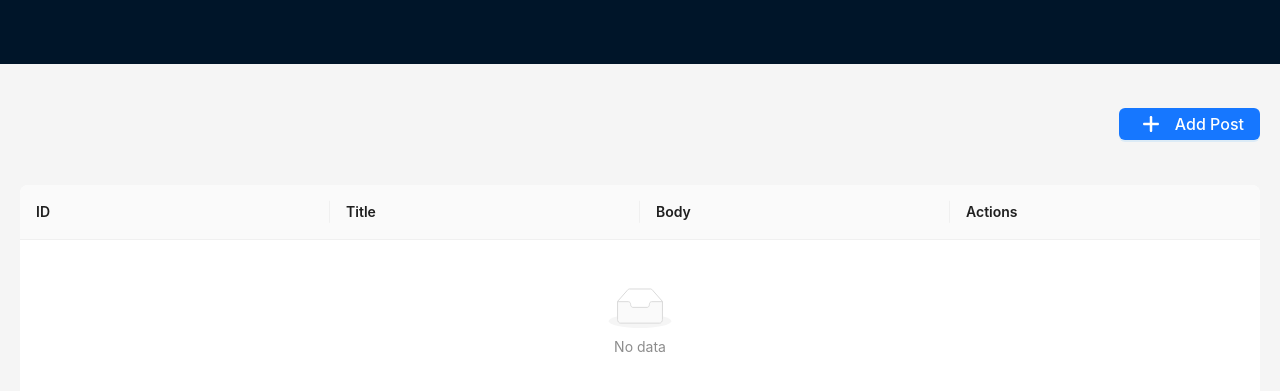
Repository: yasserrrz/Denamo-posts
Page: /
An editor plug-in stored every save of this project. The page is shown before and after the next save, followed by the edit.
The browser window is 1280 px wide. The pictures show the whole page.
The page's requests for data from a server got no answer. The project was rebuilt for these pictures with package versions that can differ from the ones it lists, and the page was loaded fresh each time. No one was signed in, and anything a server would have sent is missing. Also part of the build but not shown: src/components/PostForm.tsx.

Above is the page before, as saved 2024-11-28 16:04:04.

### src/App.tsx
import React, { useState } from 'react';
import { Button, Layout, Modal, Typography } from 'antd';
import DataTable from './components/DataTable';
// import AddPostForm from './components/AddPostForm';
import './App.css';
import PostForm from './components/PostForm';
import {ReactComponent as AddIcon} from "./assets/add-277.svg";
const { Header, Content } = Layout;
const { Title } = Typography;


const App: React.FC = () => {
  const [isModalOpen, setIsModalOpen] = useState(false);
  return (<>
    <Layout style={{ minHeight: '100vh' }}>
      <Header  style={{ color: 'white', textAlign: 'center'   }}>

      </Header>

      <Content style={{ padding: '20px' }}>
         <div style={{marginTop: '20px ' , marginBottom: '20px' , display: 'flex', justifyContent: 'space-between' , alignItems: 'center' }}>
         <Title level={2} style={{ textAlign: 'center' , marginBottom:"0px" , marginTop:"0px" , fontSize: '32px' , fontWeight: '600' , textTransform: 'uppercase' , color: '#00000e00' }}>
          Posts
        </Title>
         <Button onClick={()=>{setIsModalOpen(true)}} style={{fontSize: '16px' , fontWeight: '500' , padding: '15px'}} type="primary"><AddIcon/> Add Post</Button>
         </div>
        <div style={{ marginTop: '40px' }}>
          <DataTable />
        </div>
      </Content>
    </Layout>
    <Modal open={isModalOpen} title="Add New Post" centered width={800} onCancel={() => setIsModalOpen(false)} footer={null}>
      <PostForm  setIsModalOpen={setIsModalOpen} />
    </Modal>
  </>
  );
};

export default App;

### src/components/DataTable.tsx
import React, { useEffect, useState } from 'react';
import { Table, Button, Modal, Form, Input, notification } from 'antd';
import axios from 'axios';
import { Post } from '../types/Post';
import {ReactComponent as EditIcon} from "../assets/edit.svg"
import {ReactComponent as DeleteIcon} from "../assets/delete-icon-1.svg"
const DataTable: React.FC = () => {
  const [posts, setPosts] = useState<Post[]>([]);
  const [loading, setLoading] = useState<boolean>(true);
  const [editingPost, setEditingPost] = useState<Post | null>(null);
  const [isModalOpen, setIsModalOpen] = useState<boolean>(false);
  const [deleteModalOpen, setDeleteModalOpen] = useState<boolean>(false);

  useEffect(() => {
    const fetchData = async () => {
      setLoading(true);
      try {
        const response = await axios.get<Post[]>('https://jsonplaceholder.typicode.com/posts');
        setPosts(response.data);
      } catch (error) {
        console.log(error);
      } finally {
        setLoading(false);
      }
    };

    fetchData();
  }, []);

  const handleEdit = (post: Post) => {
    setEditingPost(post);
    setIsModalOpen(true);
  };

  const handleUpdatePost = async (values: Omit<Post, 'id'>) => {
    if (!editingPost) return;

    try {
      const response = await axios.put<Post>(
        `https://jsonplaceholder.typicode.com/posts/${editingPost.id}`,
        values
      );
      setPosts((prev) =>
        prev.map((post) => (post.id === editingPost.id ? { ...post, ...response.data } : post))
      );
      notification.success({
        message: 'Post Updated',
        description: `Post with ID ${editingPost.id} was updated successfully.`,
      });
    } catch (error) {
      notification.error({
        message: 'Error',
        description: 'Failed to update the post.',
      });
    } finally {
      setIsModalOpen(false);
      setEditingPost(null);
    }
  };

  const handleDelete = async (id: number) => {
    try {
      await axios.delete(`https://jsonplaceholder.typicode.com/posts/${id}`);
      setPosts((prev) => prev.filter((post) => post.id !== id));
      notification.success({
        message: 'Post Deleted',
        description: `Post with ID ${id} was deleted successfully.`,
      });
    } catch (error) {
      notification.error({
        message: 'Error',
        description: 'Failed to delete the post.',
      });
    }
    setDeleteModalOpen(false);
  };

  const columns = [
    {
      title: 'ID',
      dataIndex: 'id',
      key: 'id',
    },
    {
      title: 'Title',
      dataIndex: 'title',
      key: 'title',
    },
    {
      title: 'Body',
      dataIndex: 'body',
      key: 'body',
    },
    {
      title: 'Actions',
      key: 'actions',
      render: (text: any, record: Post) => (
        <div style={{ width: '100%', display: 'flex', gap: '10px', justifyContent: 'space-around' }}>
          <Button type="primary"  onClick={() => handleEdit(record)}>
            <EditIcon/>
          </Button>
          <Button type={"primary"} danger onClick={() => {
            setEditingPost(record);
            setDeleteModalOpen(true);
          }}>
            <DeleteIcon/>
          </Button>
        </div>
      ),
    },
  ];

  return (
    <>
      <Table
        dataSource={posts}
        columns={columns}
        rowKey="id"
        loading={loading}
        scroll={{ y: "calc(100vh - 250px)",  x: 700}}
        pagination={{ pageSize: 10 }}
      />

      {/* Edit Modal */}
      <Modal
        title="Edit Post"
        open={isModalOpen}
        onCancel={() => setIsModalOpen(false)}
        footer={null}
        style={{maxWidth: 800}}
        centered
      >
        <Form
          initialValues={{ title: editingPost?.title, body: editingPost?.body }}
          onFinish={handleUpdatePost}
          layout="vertical"
        >
          <Form.Item
            name="title"
            label="Title"
            rules={[{ required: true, message: 'Please input the title!' }]}

          >
            <Input placeholder="Enter post title" />
          </Form.Item>
          <Form.Item
            name="body"
            label="Body"
            rules={[{ required: true, message: 'Please input the body!' }]}
          >
            <Input.TextArea rows={4} placeholder="Enter post body" />
          </Form.Item>
          <Form.Item style={{ textAlign: 'center' , display: 'flex', justifyContent: 'flex-end' }}>
            <Button type="default"  htmlType="submit">
              Update Post
            </Button>
          </Form.Item>
        </Form>
      </Modal>

      {/* Delete Modal */}
      <Modal
        title="Delete Post"
        open={deleteModalOpen}
        onCancel={() => setDeleteModalOpen(false)}
        footer={null}
        style={{ maxWidth: 500 }}
        centered
      >
        <p>Are you sure you want to delete this post?</p>
        <div style={{ display: 'flex', gap: '10px', justifyContent: "flex-end" }}>
          <button className='delete-btn' onClick={() => handleDelete(editingPost?.id || 0)}>
            Yes
          </button>
          <button  className='cancel' onClick={() => setDeleteModalOpen(false)}>No</button>
        </div>
      </Modal>
    </>
  );
};

export default DataTable;

### src/App.css
.cancel{
  color: #000000e0;
  background-color: #fff;
  border: 1px solid #000000e0;
  border-radius: 8px;
  padding: 8px 15px;
  cursor: pointer;
  transition: all 0.15s ease-in-out;
}

.cancel:hover{
  background-color: #000000e0;
  color: #fff;
}

.delete-btn{
  color: #fff;
  background-color: #ff4d4f;
  border: 1px solid #ff4d4f;
  border-radius: 8px;
  padding: 8px 15px;
  cursor: pointer;
  transition: all 0.15s ease-in-out;
}

.delete-btn:hover{
  background-color: #fff;
  color: #ff4d4f;
  border: 1px solid #ff4d4f;
}

.ant-table-body {
  scrollbar-width: thin;
  scrollbar-color: #888 #f5f5f5;
  overflow-y: scroll; /* Ensure vertical scrolling is functional */
  scrollbar-width: none; /* Hide scrollbar in Firefox */
}

.ant-table-body ::-webkit-scrollbar-corner
 {
  display: none;
}

.svg-container {
  width: 24px;
  height: 24px;
}

.svg-container svg {
  width: 100%;
  height: 100%;
}

Loaded but not shown: public/index.html (common file); src/index.tsx (common file); src/index.css (common file); src/reportWebVitals.ts (common file)

After the next save:
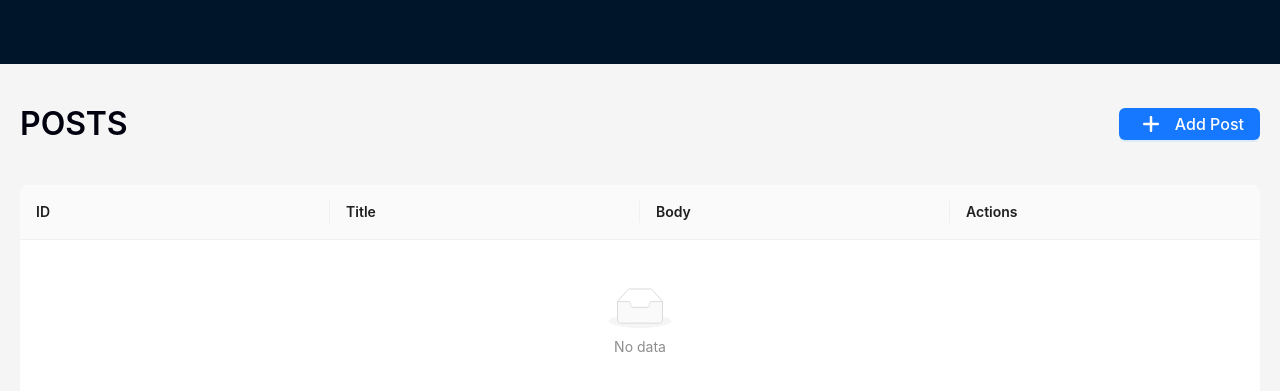
Saved 5 s later.
--- a/src/App.tsx
+++ b/src/App.tsx
@@ -19,7 +19,7 @@ const App: React.FC = () => {
 
       <Content style={{ padding: '20px' }}>
          <div style={{marginTop: '20px ' , marginBottom: '20px' , display: 'flex', justifyContent: 'space-between' , alignItems: 'center' }}>
-         <Title level={2} style={{ textAlign: 'center' , marginBottom:"0px" , marginTop:"0px" , fontSize: '32px' , fontWeight: '600' , textTransform: 'uppercase' , color: '#00000e00' }}>
+         <Title level={2} style={{ textAlign: 'center' , marginBottom:"0px" , marginTop:"0px" , fontSize: '32px' , fontWeight: '600' , textTransform: 'uppercase' , color: '#00000e' }}>
           Posts
         </Title>
          <Button onClick={()=>{setIsModalOpen(true)}} style={{fontSize: '16px' , fontWeight: '500' , padding: '15px'}} type="primary"><AddIcon/> Add Post</Button>
